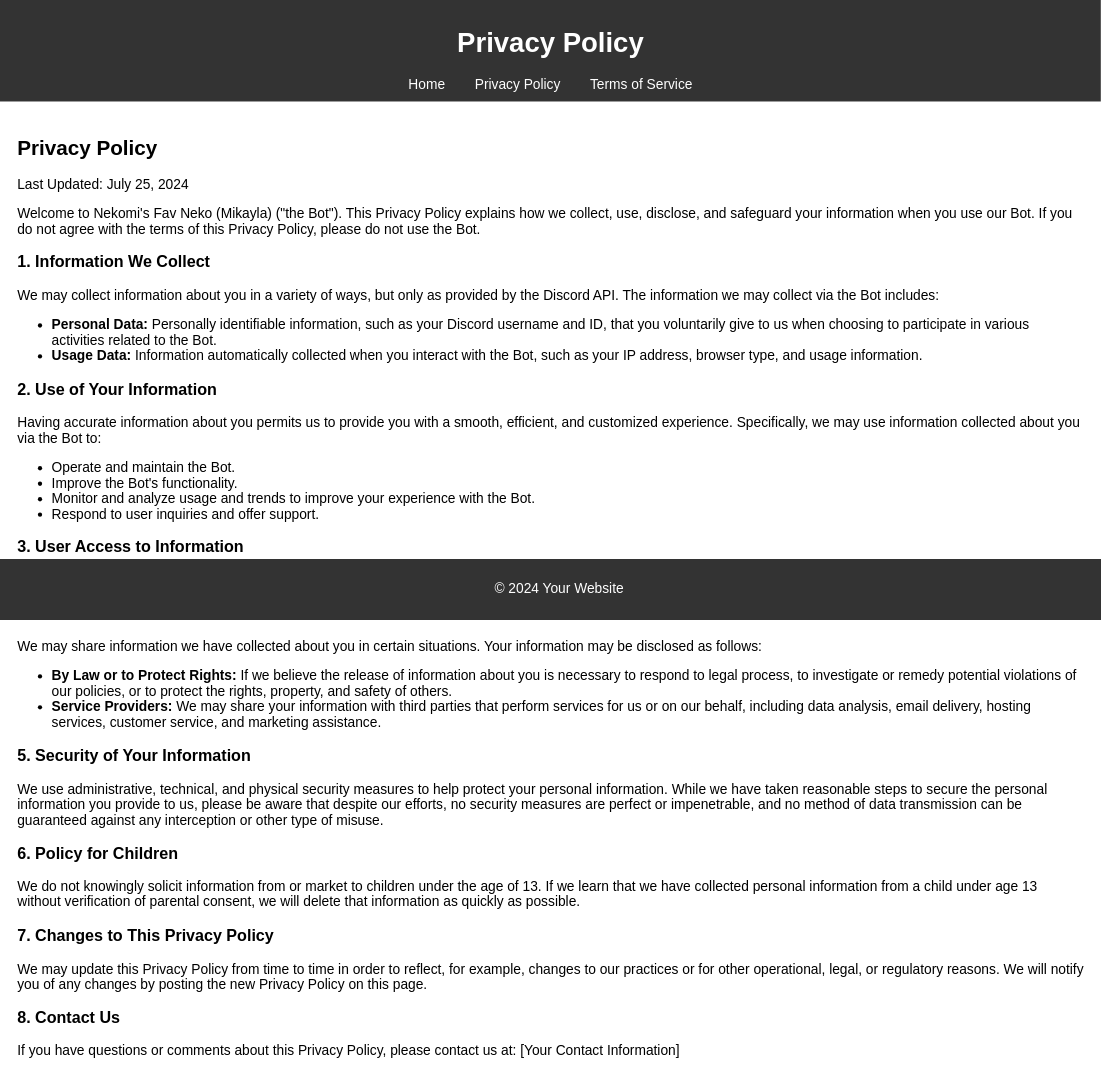
Repository: paypay-komi/mikaylas-site
Page: privacy-policy.html
These files come from the project's save history. The page is drawn as it stood at one moment and after the next save; the edit follows.
The browser window is 1280 px wide. The pictures show the whole page, at 86% of full size.

Above is the page before, as saved 2024-07-26 00:04:17.

After the next save:
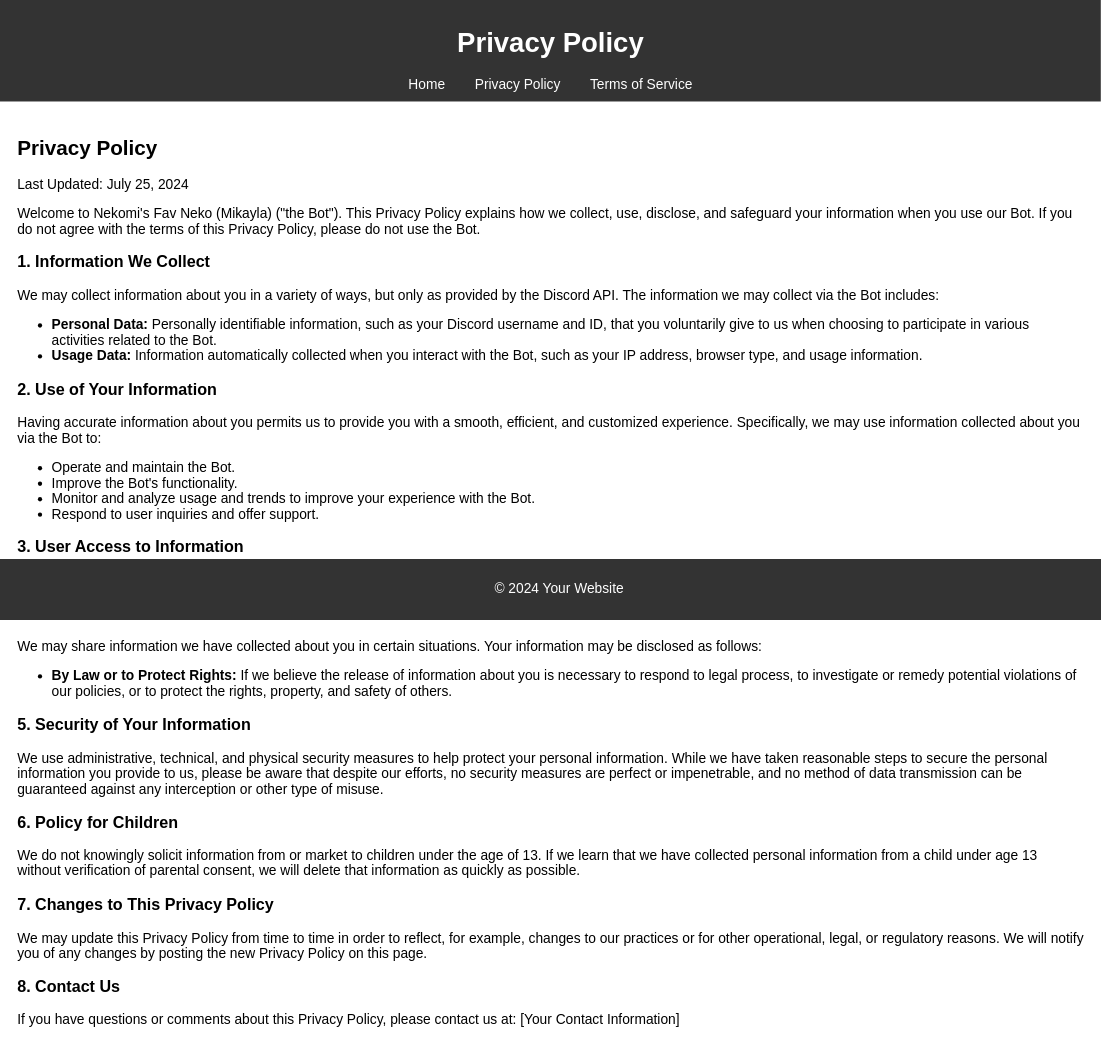
Saved 13 s later.
--- a/privacy-policy.html
+++ b/privacy-policy.html
@@ -44,7 +44,6 @@
         <p>We may share information we have collected about you in certain situations. Your information may be disclosed as follows:</p>
         <ul>
             <li><strong>By Law or to Protect Rights:</strong> If we believe the release of information about you is necessary to respond to legal process, to investigate or remedy potential violations of our policies, or to protect the rights, property, and safety of others.</li>
-            <li><strong>Service Providers:</strong> We may share your information with third parties that perform services for us or on our behalf, including data analysis, email delivery, hosting services, customer service, and marketing assistance.</li>
         </ul>
 
         <h3>5. Security of Your Information</h3>
